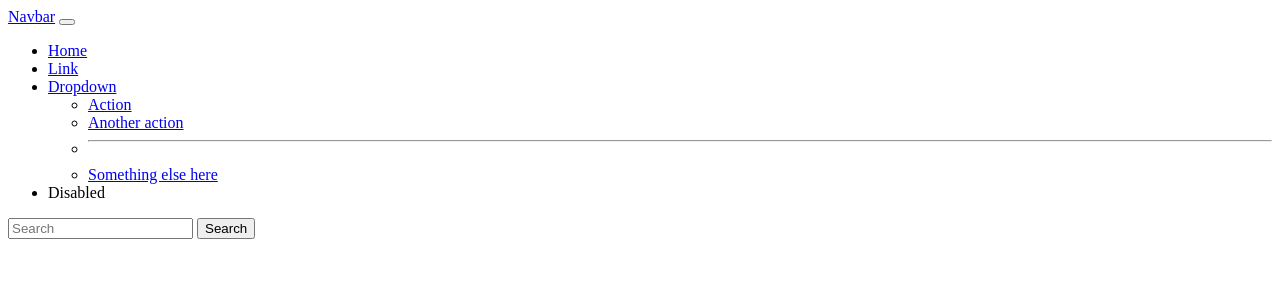
Repository: Simon-JunhoLee/KOSMO_JSP
Page: http://localhost/ex01/menu.jsp
The author's editor kept a copy of each file at every save. The page is drawn from the files as they stood at one save, then again after the next save.
The browser window is 1280 px wide. The pictures show the whole page.
The page is served by Tomcat 9. Other server files are loaded and not shown.

Above is the page before, as saved 2024-04-29 01:54:26.

### ex01/src/main/webapp/menu.jsp
<%@ page language="java" contentType="text/html; charset=UTF-8"
    pageEncoding="UTF-8"%>
<nav class="navbar bg-dark navbar-expand-lg bg-body-tertiary" data-bs-theme="dark">
	<div class="container-fluid">
		<a class="navbar-brand" href="#">Navbar</a>
		<button class="navbar-toggler" type="button" data-bs-toggle="collapse"
			data-bs-target="#navbarSupportedContent"
			aria-controls="navbarSupportedContent" aria-expanded="false"
			aria-label="Toggle navigation">
			<span class="navbar-toggler-icon"></span>
		</button>
		<div class="collapse navbar-collapse" id="navbarSupportedContent">
			<ul class="navbar-nav me-auto mb-2 mb-lg-0">
				<li class="nav-item"><a class="nav-link active"
					aria-current="page" href="#">Home</a></li>
				<li class="nav-item"><a class="nav-link" href="#">Link</a></li>
				<li class="nav-item dropdown"><a
					class="nav-link dropdown-toggle" href="#" role="button"
					data-bs-toggle="dropdown" aria-expanded="false"> Dropdown </a>
					<ul class="dropdown-menu">
						<li><a class="dropdown-item" href="#">Action</a></li>
						<li><a class="dropdown-item" href="#">Another action</a></li>
						<li><hr class="dropdown-divider"></li>
						<li><a class="dropdown-item" href="#">Something else here</a></li>
					</ul></li>
				<li class="nav-item"><a class="nav-link disabled"
					aria-disabled="true">Disabled</a></li>
			</ul>
			<form class="d-flex" role="search">
				<input class="form-control me-2" type="search" placeholder="Search"
					aria-label="Search">
				<button class="btn btn-outline-success" type="submit">Search</button>
			</form>
		</div>
	</div>
</nav>

After the next save:
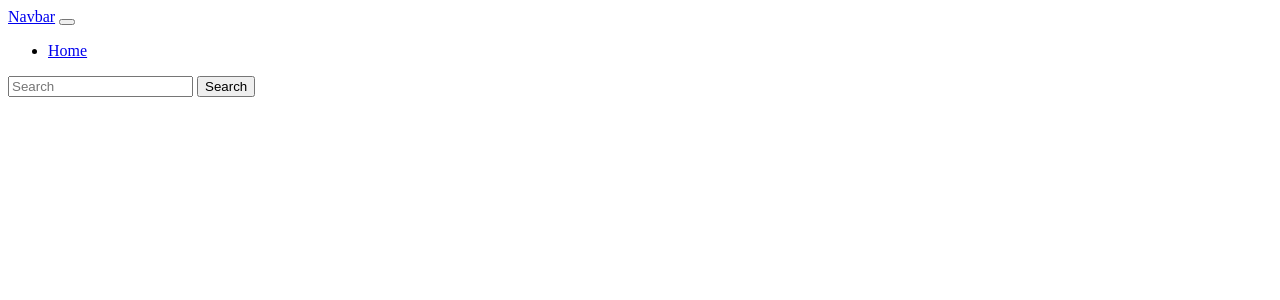
Saved 40 s later.
--- a/ex01/src/main/webapp/menu.jsp
+++ b/ex01/src/main/webapp/menu.jsp
@@ -13,18 +13,6 @@
 			<ul class="navbar-nav me-auto mb-2 mb-lg-0">
 				<li class="nav-item"><a class="nav-link active"
 					aria-current="page" href="#">Home</a></li>
-				<li class="nav-item"><a class="nav-link" href="#">Link</a></li>
-				<li class="nav-item dropdown"><a
-					class="nav-link dropdown-toggle" href="#" role="button"
-					data-bs-toggle="dropdown" aria-expanded="false"> Dropdown </a>
-					<ul class="dropdown-menu">
-						<li><a class="dropdown-item" href="#">Action</a></li>
-						<li><a class="dropdown-item" href="#">Another action</a></li>
-						<li><hr class="dropdown-divider"></li>
-						<li><a class="dropdown-item" href="#">Something else here</a></li>
-					</ul></li>
-				<li class="nav-item"><a class="nav-link disabled"
-					aria-disabled="true">Disabled</a></li>
 			</ul>
 			<form class="d-flex" role="search">
 				<input class="form-control me-2" type="search" placeholder="Search"
